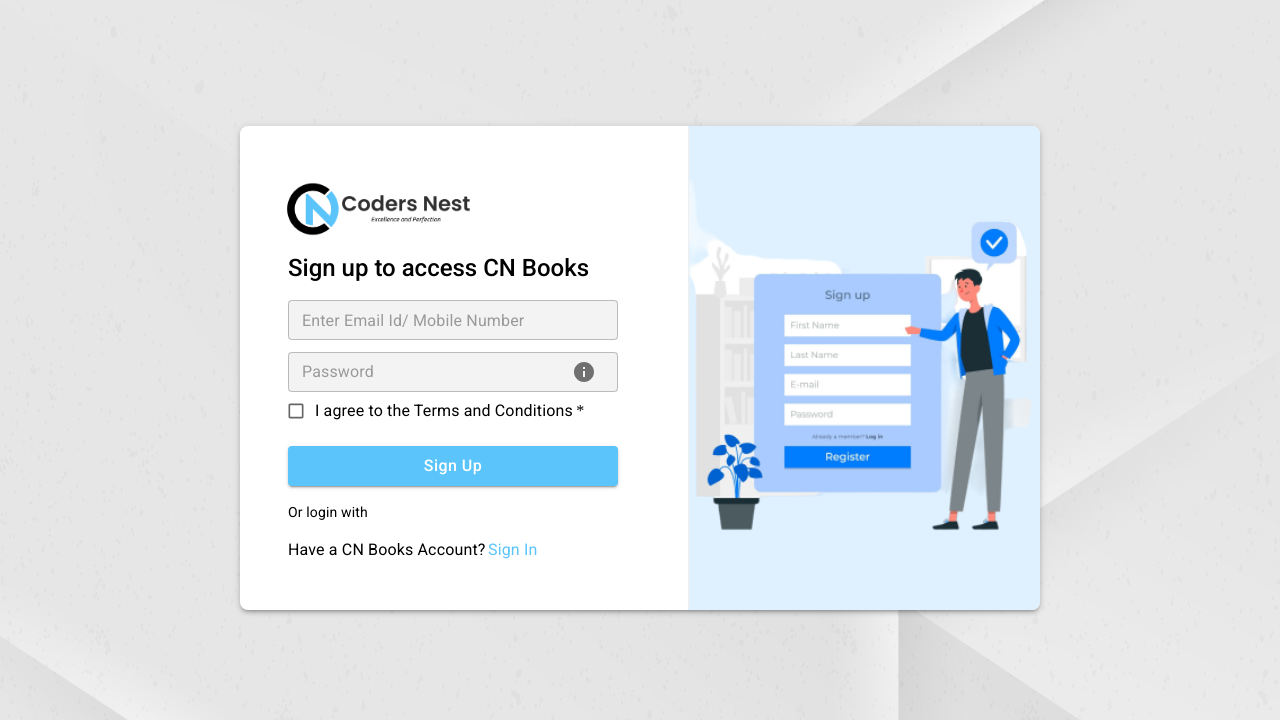
Repository: wajahadalishaik04/CN_Books
Page: /signup
An editor plug-in stored every save of this project. The page is shown before and after the next save, followed by the edit.
The browser window is 1280 px wide. The pictures show the whole page.
The project was rebuilt for these pictures with package versions that can differ from the ones it lists, and the page was loaded fresh each time. Also part of the build but not shown: vite.config.js, src/pages/LoginScreen.jsx, src/pages/Signin.jsx, src/pages/OtpScreen.jsx, src/pages/VerifyScreen.jsx, src/components/Header.jsx, src/components/SideBar.jsx, src/components/Content.jsx and 7 more.

Above is the page before, as saved 2024-09-30 18:46:30.

After the next save:
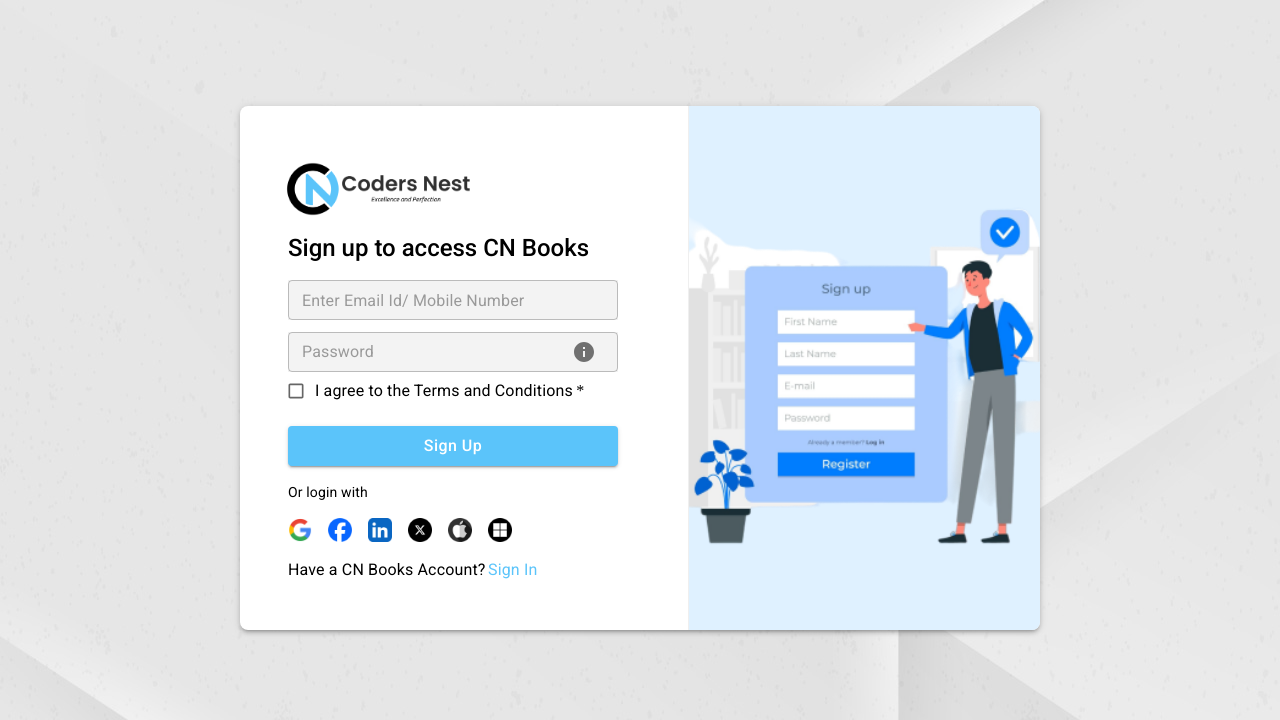
Saved 12 s later.
--- a/src/pages/SignUp.jsx
+++ b/src/pages/SignUp.jsx
@@ -261,7 +261,15 @@
             <Typography variant="body2" color="#000000" mt={2}>
               Or login with
             </Typography>
-
+            {/* Social Icons */}
+          <Box display="flex" justifyContent="flex-start" gap={2} mt={2}>
+            <img src={images.googleicon} width={24} alt="googleicon" />
+            <img src={images.facebookicon} width={24} alt="facebookicon" />
+            <img src={images.linkedinicon} width={24} alt="linkedinicon" />
+            <img src={images.xicon} width={24} alt="xicon" />
+            <img src={images.appleicon} width={24} alt="appleicon" />
+            <img src={images.windowsicon} width={24} alt="windowsicon" />
+          </Box>
 
             <Typography variant="body1" sx={{ fontWeight: 400 }} mt={2}>
               Have a CN Books Account?
